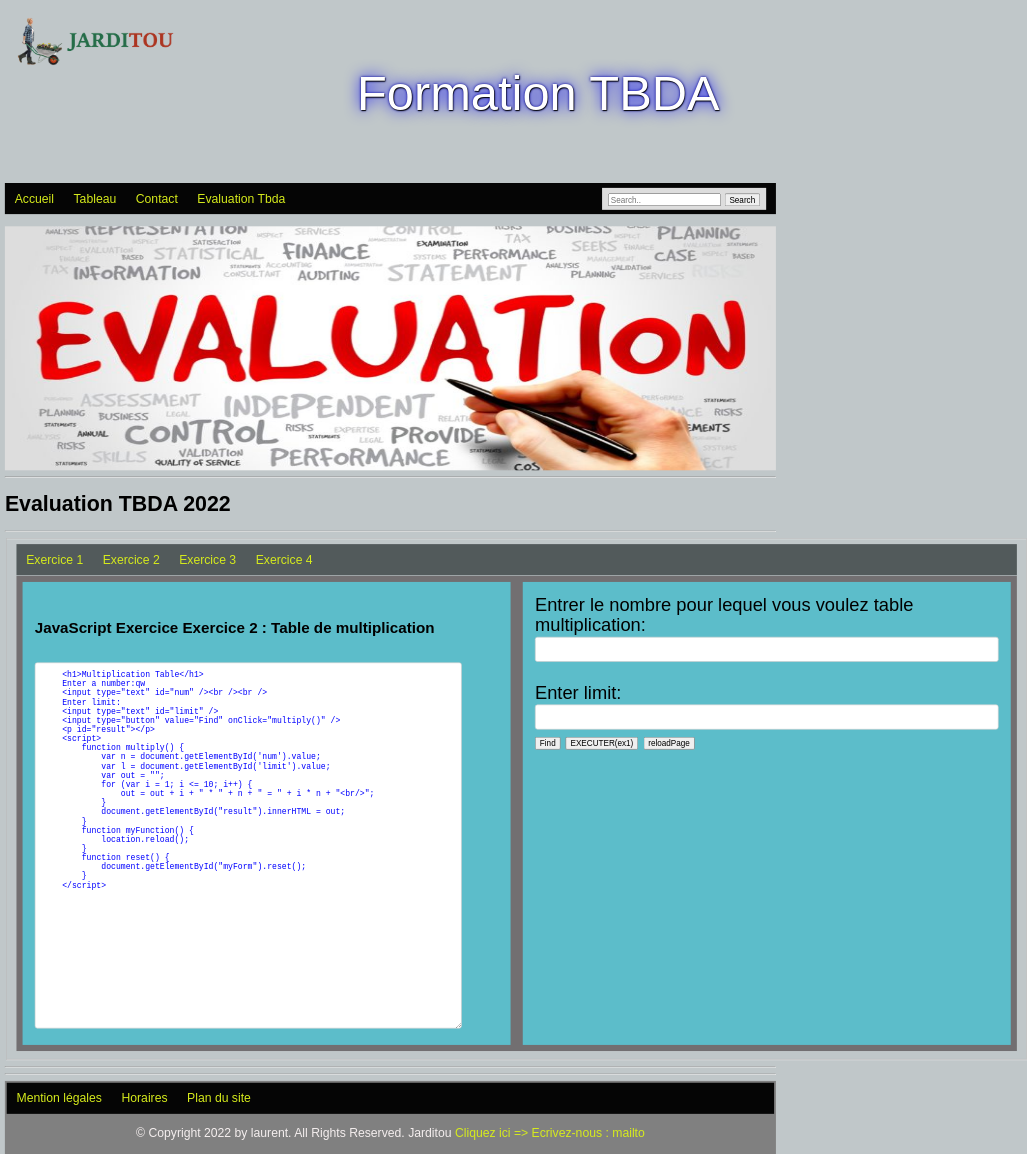
Repository: laurentbul/jarditou
Page: javascript/EvaluationTbda/evaluation_tbda.html
An editor plug-in stored every save of this project. The page is shown before and after the next save, followed by the edit.
The browser window is 1280 px wide. The page is 1684 px wide, so the pictures cover 1684 px, including what lies to the right of the window. The pictures show the whole page, at 61% of full size.

Above is the page before, as saved 2022-12-15 03:58:57.

### javascript/EvaluationTbda/evaluation_tbda.html
<!DOCTYPE html>
<html lang="fr">

<head>
  <meta charset="UTF-8">
  <meta http-equiv="X-UA-Compatible" content="IE=edge">
  <meta name="viewport" content="width=device-width, initial-scale=1.0">
  <title>cours exercices HTML</title>
  <link rel="stylesheet" href="../assets/css/style.css" />

  <style>
    .flex-container2 {
      display: flex;
      background-color: rgb(114, 111, 113);
       justify-content: center;
    }

    .flex-container2>div {
      background-color: #5cbdca;
      margin: 10px;
      padding: 20px;
      font-size: 30px;
      width: 800px;
    }
  </style>
</head>

<body>
  <div class="flex-container">
    <div class="logo"><img src="../assets/img/jarditou_logo.png" alt="jarditou logo" title="jarditou logo"
        height="80" />
    </div>
    <div>
      <p class="slogan">Formation TBDA </p>
    </div>
  </div>
  <nav>
    <ul>
      <li><a href="../index.html">Accueil</a></li>
      <li><a href="../table.html">Tableau</a></li>
      <li><a href="../contact.html">Contact</a></li>
      <li><a href="../EvaluationTbda/evaluation_tbda.html">Evaluation Tbda</a></li>
      <li class="search-container">
        <div>
          <form action="/action_page.php">
            <input type="text" class="searchinput" placeholder="Search.." name="search" />
            <button type="submit">Search</button>
          </form>
        </div>
      </li>
    </ul>
  </nav>

  <img src="../assets/img/evaluation2.jpg" width="500" height="400" alt="qu'est ce que html" class="imgpromotion"
    title="promotion jarditou" />
  <hr />
  <h1>Evaluation TBDA 2022</h1>
  <hr>
  <fieldset>
    <nav style="padding:1px 0; font-size:20px;">
        <ul style="background-color: #525a5b;">
            <li><a href="eval_ex1.html">Exercice 1 </a></li>
            <li><a href="eval_ex2.html">Exercice 2 </a></li>
            <li><a href="eval_ex3.html">Exercice 3</a></li>
            <li><a href="eval_ex4.html">Exercice 4</a></li>
        </ul>
    </nav>
    <div class="flex-container2">
        <div id="code">
            <h5>JavaScript Exercice Exercice 2 : Table de multiplication</h5>
            <textarea style="height: 600px;width: 700px; color: blue;">
    <h1>Multiplication Table</h1>
    Enter a number:qw
    <input type="text" id="num" /><br /><br />
    Enter limit:
    <input type="text" id="limit" />
    <input type="button" value="Find" onClick="multiply()" />
    <p id="result"></p>
    <script>
        function multiply() {
            var n = document.getElementById('num').value;
            var l = document.getElementById('limit').value;
            var out = "";
            for (var i = 1; i <= 10; i++) {
                out = out + i + " * " + n + " = " + i * n + "<br/>";
            }
            document.getElementById("result").innerHTML = out;
        }
        function myFunction() {
            location.reload();
        }
        function reset() {
            document.getElementById("myForm").reset();
        }
    </script>
</textarea>
        </div>
        <div id="ex1">
            <div>
                Entrer le nombre pour lequel vous voulez table multiplication:
                <input type="text" id="num" /><br /><br />
                Enter limit:
                <input type="text" id="limit" />
                <input type="button" value="Find" onClick="multiply()" />
                <input type="button" onclick="multiply() " value="EXECUTER(ex1)">
                <input type="button" onclick="myFunction()" value="reloadPage">
                <p id="result"></p>
            </div>
        </div>
    </div>
</fieldset>
<hr>
<script>
    function multiply() {
        var n = document.getElementById('num').value;
        var l = document.getElementById('limit').value;
        var out = "";
        for (var i = 1; i <= 10; i++) {
            out = out + i + " * " + n + " = " + i * n + "<br/>";
        }
        document.getElementById("result").innerHTML = out;
    }
    function myFunction() {
        location.reload();
    }
    function reset() {
        document.getElementById("myForm").reset();
    }
</script>
<hr>
<footer>
    <nav>
        <ul>
            <li><a href="mentionlegale.html">Mention légales</a></li>
            <li><a href="horaire.html">Horaires</a></li>
            <li><a href="plandusite.html">Plan du site</a></li>
        </ul>
    </nav>
    <p style="color: rgb(244, 238, 238);">
        &copy; Copyright 2022 by laurent. All Rights Reserved. Jarditou
        <a href="mailto:dave.loper@afpa.fr" title="Nous contacter">
            Cliquez ici => Ecrivez-nous : mailto
        </a>
    </p>
</footer>
</body>

</html>

### javascript/assets/css/style.css
body {
  font-family: Arial, Helvetica, sans-serif;
  padding: 0px;
  background-color: rgb(192, 199, 201);
  font-size: 20px;
  height: 1500px;
}
h1{font-size: 35px;
}
h2{font-size: 20px;
}
.flex-container {
  display: flex;
}

.flex-container>div {
  padding: 20px;
}

.jarditou_logo {
  height: 80px;
}

.slogan {
  color: white;
  text-shadow: 1px 1px 2px black, 0 0 25px blue, 0 0 5px darkblue;
  font-size: 40px;
  margin-left: 250px;
  font-size: 80px;
}

ul {
  list-style-type: none;
  margin: 0;
  padding: 0;
  overflow: hidden;
  background-color: rgb(5, 5, 5);
}

li {
  float: left;
}

li a {
  display: block;
  color: white;
  text-align: center;
  padding: 14px 16px;
  text-decoration: none;
}

li a:hover:not(.active) {
  background-color: rgb(240, 10, 10);
}

.active {
  background-color: #4caf50;
}

a:link {
  color: rgb(214, 235, 28);
  background-color: transparent;
  text-decoration: none;
}

ul.a {

  background-color: rgb(179, 167, 167);

  color:rgb(42, 226, 211);

}


aside {
  width: 30%;
  height: 25%px;
  padding-left: 15px;
  float: right;
  font-style: italic;
  background-color: lightgray;
  margin-right: 60px;
  /*display:none */ /*===========correction =======================*/
}



.imgpromotion {
  display: block;
  margin-top: 20px;
  margin-left: auto;
  margin-right: auto;
  width: 100%;
}


footer {
  text-align: center;
  padding: 3px;
  background-color: gray;
  color: white;
}


.search-container {
  float: right;
  padding: 6px 10px;
  margin-top: 8px;
  margin-right: 16px;
  background: #ddd;
  font-size: 20px;
  border: none;
  cursor: pointer;
}


* {
  box-sizing: border-box;
}

input[type=text]:not(.searchinput),
select,
textarea {
  width: 100%;
  padding: 12px;
  border: 1px solid #ccc;
  border-radius: 4px;
  resize: vertical;
}



input[type=submit] {
  display: block;
  margin: 0px;
  width: 100%;
  padding: 12px;
  background-color: rgb(211, 211, 212);
}


input[type=submit]:hover {
  background-color: #d6c82f;
}

.container {
  border-radius: 5px;
  background-color: #af1818;
  padding: 20px;
}

#pays {
  font-size: 20px;
}

#birthday {
  font-size: 20px;
}

table {
  margin-bottom: 50px;
  margin-left: 100px;
}


th,
td {
  border: 1px solid black;
  border-collapse: collapse;
  margin-left: 100px;
  margin-bottom: 10px;
  background-color: #3f3324;
}

th {
  background-color: gray;
}

tr {
  color: azure;
}

table {
  width: 50%;
}

.btncontact {
  height: 45px;
  width: 200px;
  background-color: hsl(127, 4%, 46%);
  font-size: 20px;
  margin-left: 100px;
}

.btncontact:hover {
  background-color: #6ab0d8;
  color: white;
}

/* Responsive layout - when the screen is less than 768px wide, make the two columns stack on top of each other instead of next to each other */
@media screen and (max-width: 768px) {

  body {

    background-color: lavender;
    font-size: 14px;
  }


  .flex-container {
    display: flex;
  }

  .flex-container>div {
    padding: 0px;

  }

  .jarditou_logo {
    height: 80px;
  }

  .slogan {
    color: white;
    text-shadow: 1px 1px 2px black, 0 0 25px blue, 0 0 5px darkblue;
    margin-left: 0px;
    font-size: 40px;
  }

  ul {
    list-style-type: none;
    background-color: #367791;
    width: 768px;
  }

  li {
    background-color: rgb(10, 10, 10);
    display: flex;
    justify-content: center;
    width: 768px;
  }

  li a:hover:not(.active) {
    background-color: rgb(240, 10, 10);
  }

  aside{
    visibility: hidden;
}


}

.error{
  color: rgb(197, 22, 22);
}

After the next save:
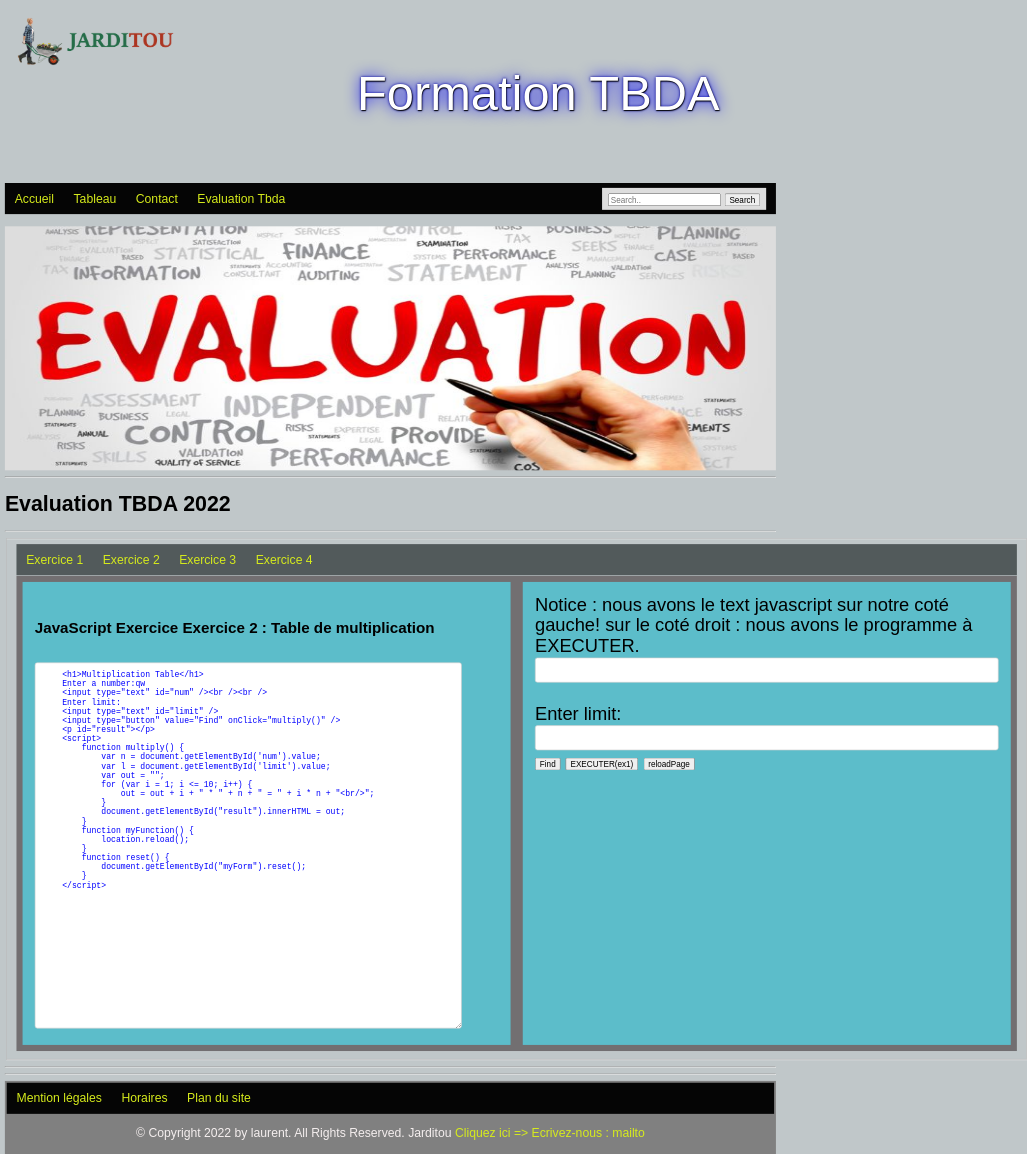
Saved 8 min 14 s later.
--- a/javascript/EvaluationTbda/evaluation_tbda.html
+++ b/javascript/EvaluationTbda/evaluation_tbda.html
@@ -97,7 +97,8 @@
         </div>
         <div id="ex1">
             <div>
-                Entrer le nombre pour lequel vous voulez table multiplication:
+                Notice : nous avons le text javascript sur notre coté gauche!
+                         sur le coté droit : nous avons le programme à EXECUTER.
                 <input type="text" id="num" /><br /><br />
                 Enter limit:
                 <input type="text" id="limit" />
